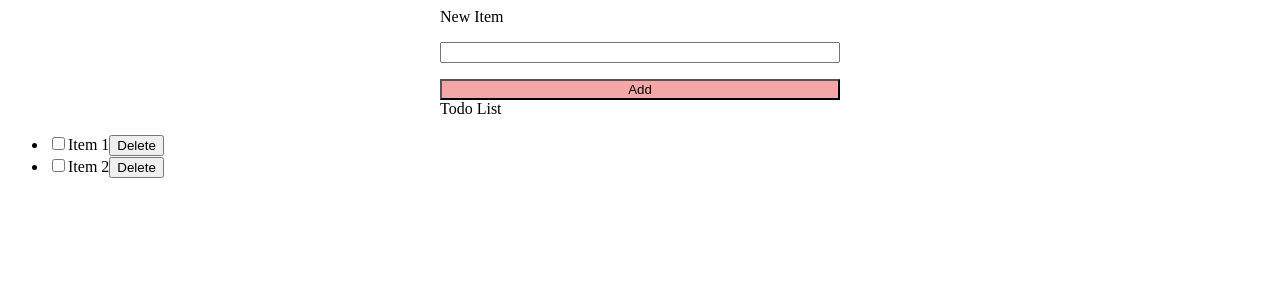
Repository: emmanuel2011-program/react-to-do-list
Page: /
The author's editor kept a copy of each file at every save. The page is drawn from the files as they stood at one save, then again after the next save.
The browser window is 1280 px wide. The pictures show the whole page.
The project was rebuilt for these pictures with package versions that can differ from the ones it lists, and the page was loaded fresh each time. Also part of the build but not shown: vite.config.js.

Above is the page before, as saved 2025-11-03 10:05:15.

After the next save:
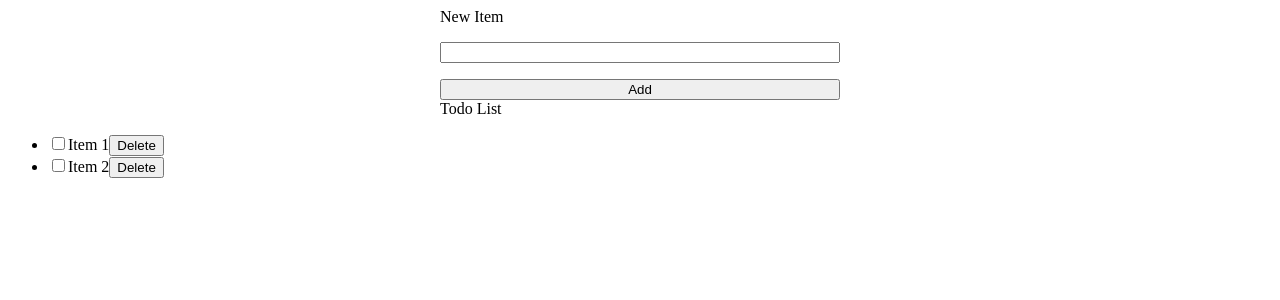
Saved 11 s later.
--- a/src/styles.css
+++ b/src/styles.css
@@ -7,7 +7,7 @@
   margin: 0 auto;
 }
 
-.btn {
+.btn- {
     background-color: rgb(245, 167, 167);
 }
 
